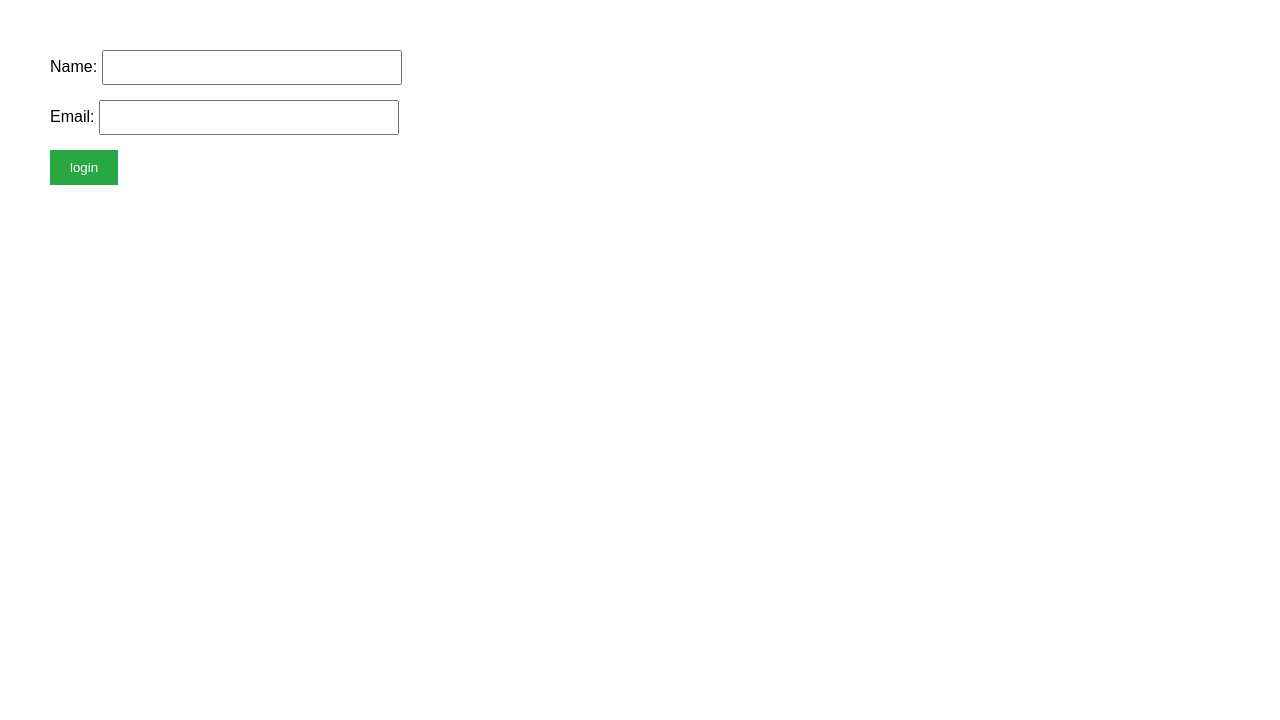
Repository: Leangheng-huge/frontend-proposal_web
Page: index.html
The author's editor kept a copy of each file at every save. The page is drawn from the files as they stood at one save, then again after the next save.
The browser window is 1280 px wide. The pictures show the whole page.

Above is the page before, as saved 2025-11-14 23:26:32.

After the next save:
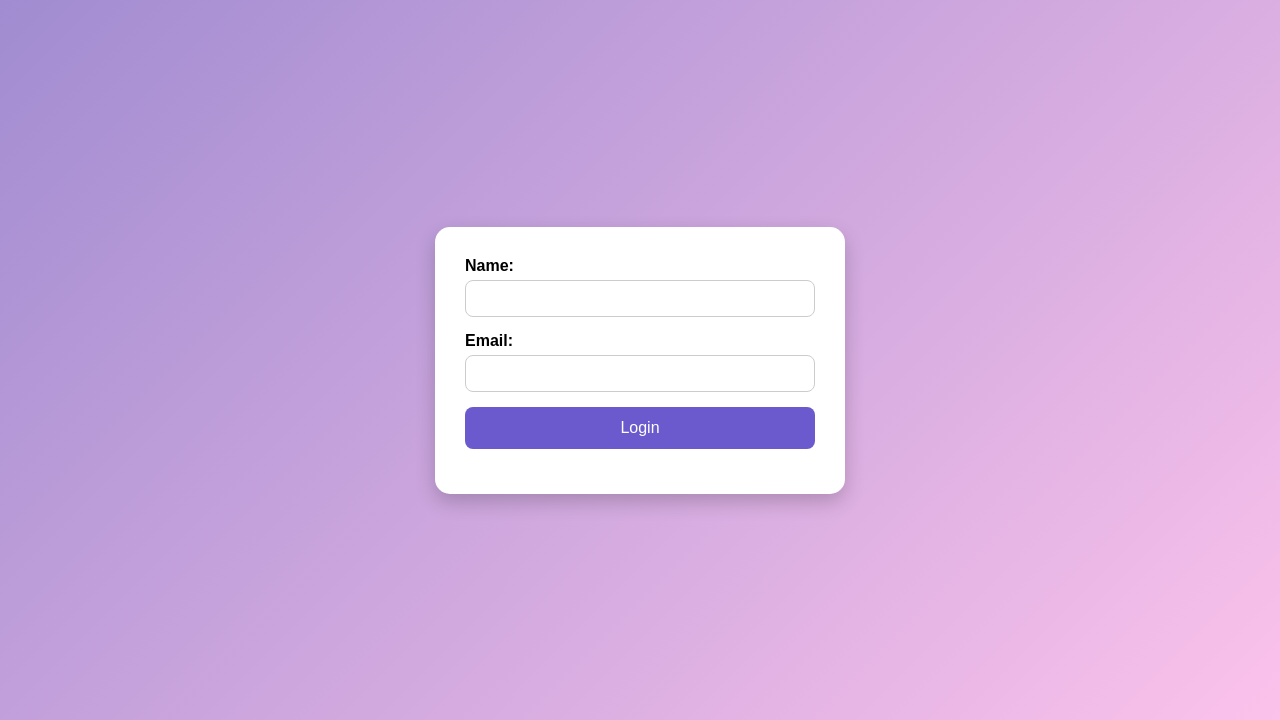
Saved 68 s later.
--- a/index.html
+++ b/index.html
@@ -4,49 +4,78 @@
     <meta charset="UTF-8">
     <meta name="viewport" content="width=device-width, initial-scale=1.0">
     <title>website</title>
+
+    <style>
+        body {
+            font-family: Arial, sans-serif;
+            margin: 0;
+            height: 100vh;
+            display: flex;
+            justify-content: center;
+            align-items: center;
+
+            /* BEAUTIFUL GRADIENT BACKGROUND */
+            background: linear-gradient(135deg, #a18cd1, #fbc2eb);
+        }
+
+        /* FORM CARD */
+        form {
+            background: white;
+            padding: 30px;
+            border-radius: 15px;
+            box-shadow: 0px 8px 20px rgba(0,0,0,0.2);
+            width: 350px;
+        }
+
+        form div {
+            margin-bottom: 15px;
+        }
+
+        label {
+            display: block;
+            margin-bottom: 5px;
+            font-weight: bold;
+        }
+
+        input {
+            padding: 10px;
+            width: 100%;
+            border: 1px solid #ccc;
+            border-radius: 8px;
+            box-sizing: border-box;
+        }
+
+        button {
+            width: 100%;
+            padding: 12px;
+            background-color: #6a5acd;
+            color: white;
+            border: none;
+            border-radius: 8px;
+            cursor: pointer;
+            font-size: 16px;
+        }
+
+        button:hover {
+            background-color: #5a4acb;
+        }
+    </style>
 </head>
-<style>
-    body {
-        font-family: Arial, sans-serif;
-        margin: 50px;
-    }
-    form div {
-        margin-bottom: 15px;
-    }
-    label {
-        display: block;
-        margin-bottom: 5px;
-    }
-    input {
-        padding: 8px;
-        width: 300px;
-        box-sizing: border-box;
-    }
-    button {
-        padding: 10px 20px;
-        background-color: #28a745;
-        color: white;
-        border: none;
-        cursor: pointer;
-    }
-    button:hover {
-        background-color: #218838;
-    }
-</style>
+
 <body>
-    <form >
+    <form>
         <div>
-            <label>Name:
-                <input type="text" name="name">
-            </label>
+            <label>Name:</label>
+            <input type="text" name="name">
         </div>
+
         <div>
-            <label>Email:
-                <input type="email" name="email">
-            </label>
+            <label>Email:</label>
+            <input type="email" name="email">
         </div>
+
         <div>
-            <button type="login">login</button>
+            <button type="submit">Login</button>
         </div>
     </form>
 </body>
